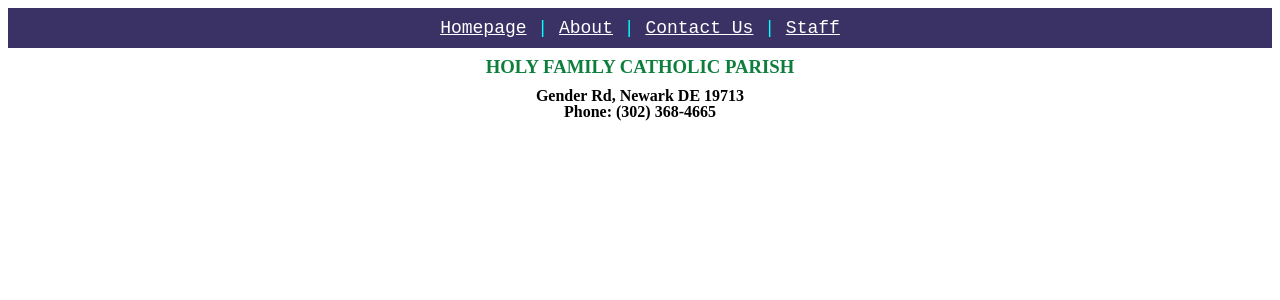
Repository: ficotims/HTML-RESTART
Page: Homepage.html
These files come from the project's save history. The page is drawn as it stood at one moment and after the next save; the edit follows.
The browser window is 1280 px wide. The pictures show the whole page.

Above is the page before, as saved 2026-02-10 22:16:44.

After the next save:
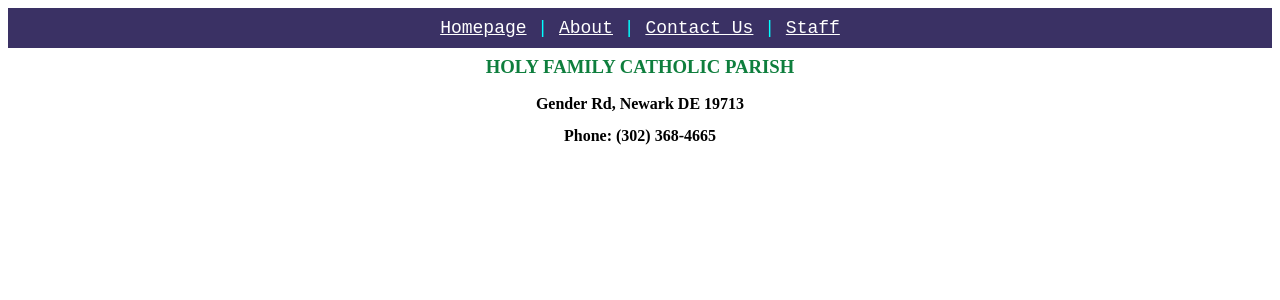
Saved 5 s later.
--- a/Homepage.html
+++ b/Homepage.html
@@ -33,7 +33,7 @@
 
  <div style="text-align: center;">
     <h3><span style="color: rgb(14, 126, 61);"><div style="line-height: 0;">HOLY FAMILY CATHOLIC PARISH</b></span></h3>
-    <H4 span style="line-height: 01;">Gender Rd, Newark DE 19713 <br>Phone: (302) 368-4665</H4></span>
+    <H4 span style="line-height: 2;">Gender Rd, Newark DE 19713 <br>Phone: (302) 368-4665</H4></span>
  </div>
 
   </body>
